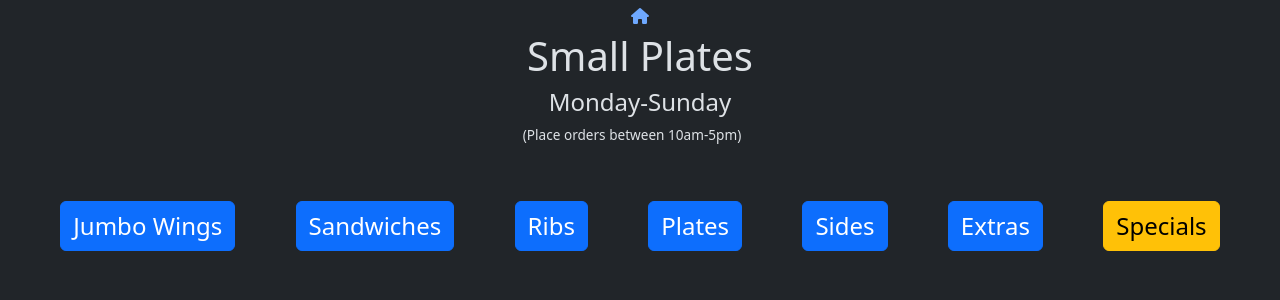
Repository: dukedward/smokehousemenu
Page: plates/index.html
An editor plug-in stored every save of this project. The page is shown before and after the next save, followed by the edit.
The browser window is 1280 px wide. The pictures show the whole page.
Some web libraries are served in a nearby version.

Above is the page before, as saved 2023-03-13 11:38:24.

After the next save:
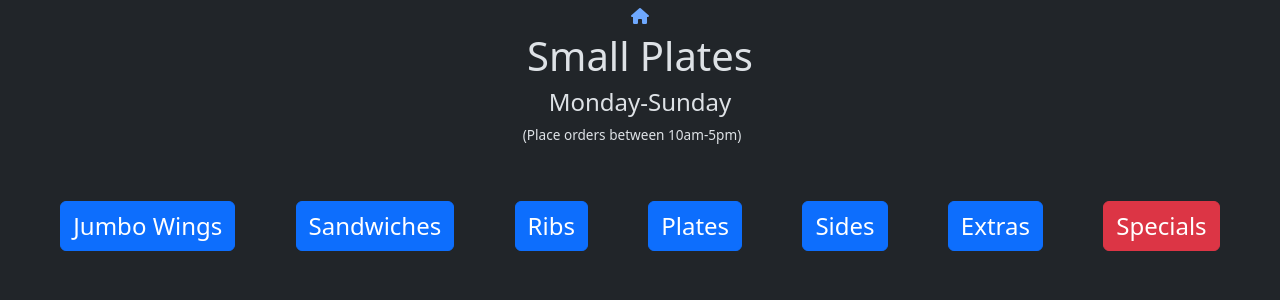
Saved 14 s later.
--- a/plates/index.html
+++ b/plates/index.html
@@ -38,7 +38,7 @@
         <button class="btn btn-primary btnReal">
             <span>Extras</span>
         </button>
-        <button class="btn btn-warning btnReal">
+        <button class="btn btn-danger btnReal">
             <span>Specials</span>
         </button>
     </div>
